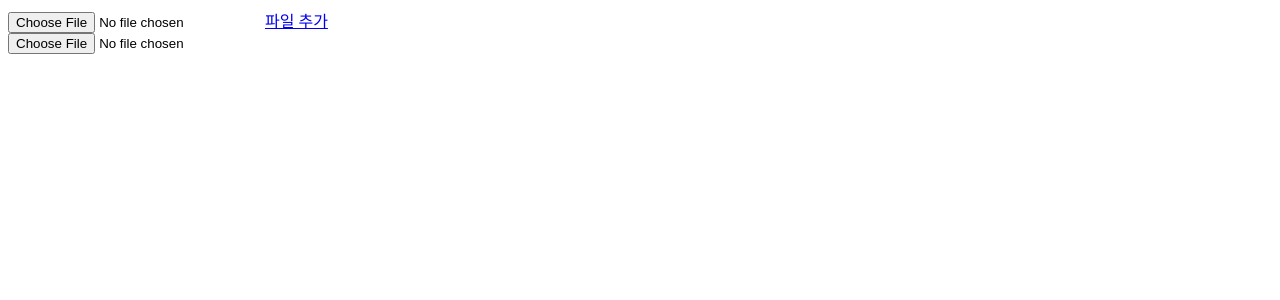
Repository: silenttemplar/java_start_project
Page: hansung_ee_2014/hansung_jquery_exercise/WebContent/file_attend_dynamic_create.html
An editor plug-in stored every save of this project. The page is shown before and after the next save, followed by the edit.
The browser window is 1280 px wide. The pictures show the whole page.
After loading, the first visible `#addFile` was clicked once.

Above is the page before, as saved 2014-08-28 04:34:05.

### hansung_ee_2014/hansung_jquery_exercise/WebContent/file_attend_dynamic_create.html
<!DOCTYPE html>
<html>
<head>
<meta charset="UTF-8">
<title>파일첨부 동적생성 삭제</title>
<script src="./jquery-2.1.0.min.js"></script>
<script type="text/javascript">
$(document).ready(function(){
	$("#delFile").hide();
});
function fnAddFile(event){
	console.log("fnAddFile(event) 실행");
	if($("input[name=file]").size() > 2){
		$("#delFile").show();
	}

	var insertTag= "<br/><input type=\"file\" name=\"file\" />"

	$(insertTag).appendTo("body");
}
function fnDelFile(event){
	if($("input[name=file]").size() > 1){
		$("input[name=file]").last().remove();
		$("br").last().remove();
	}else{
		$("#delFile").hide();
	}

}
</script>
</head>
<body>
	<input type="file" name="file" />
	<a href="#" id="addFile" onclick="fnAddFile(event)">파일 추가</a>
	<a href="#" id="delFile" onclick="fnDelFile(event)">파일 삭제</a>
</body>
</html>

Loaded but not shown: hansung_ee_2014/hansung_jquery_exercise/WebContent/jquery-2.1.0.min.js (library)

After the next save:
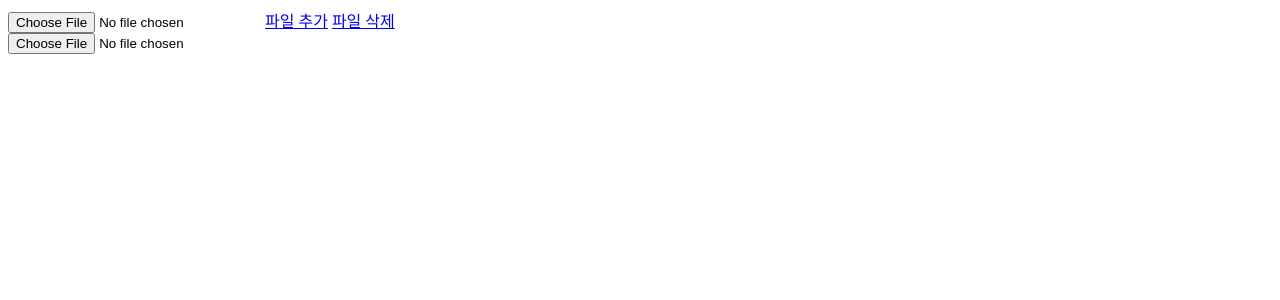
Saved 68 s later.
--- a/hansung_ee_2014/hansung_jquery_exercise/WebContent/file_attend_dynamic_create.html
+++ b/hansung_ee_2014/hansung_jquery_exercise/WebContent/file_attend_dynamic_create.html
@@ -10,9 +10,7 @@ $(document).ready(function(){
 });
 function fnAddFile(event){
 	console.log("fnAddFile(event) 실행");
-	if($("input[name=file]").size() > 2){
-		$("#delFile").show();
-	}
+	$("#delFile").show();
 
 	var insertTag= "<br/><input type=\"file\" name=\"file\" />"
 
